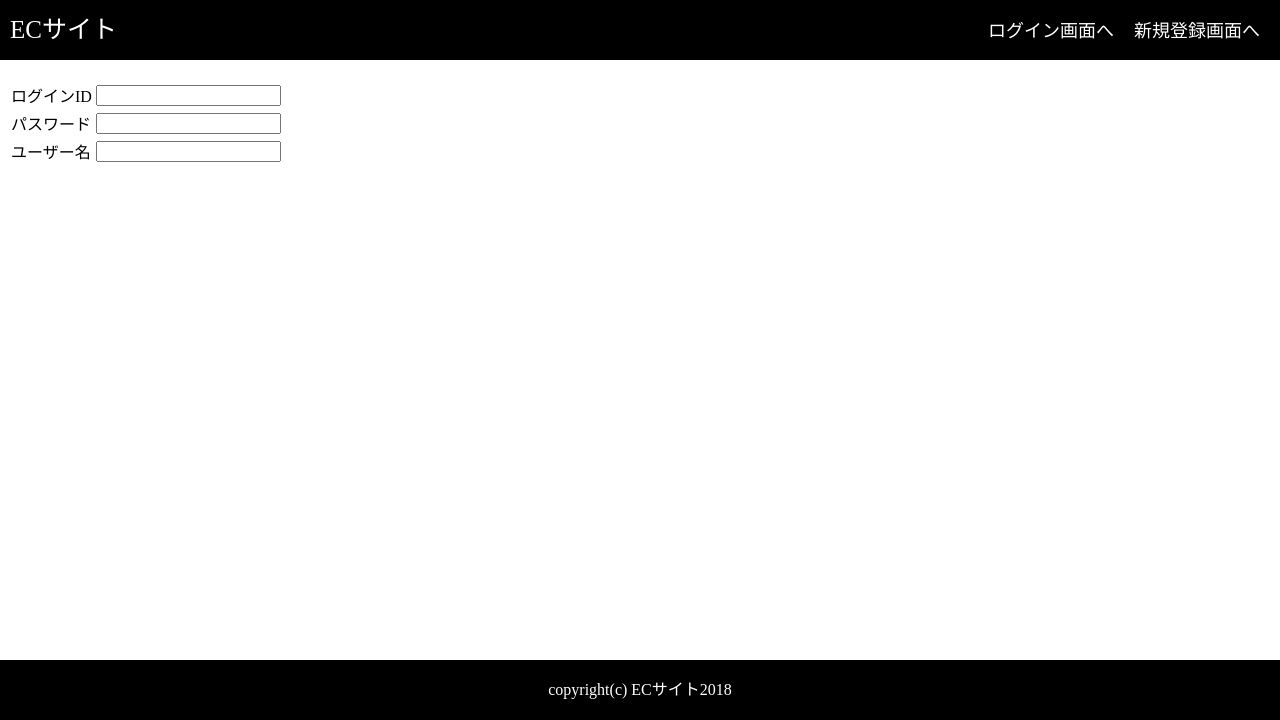
Repository: nyanya02/ECsite
Page: http://localhost/ECsite/signupConfirm.jsp
An editor plug-in stored every save of this project. The page is shown before and after the next save, followed by the edit.
The browser window is 1280 px wide. The pictures show the whole page.
The page is served by Tomcat 9.

Above is the page before, as saved 2018-04-26 05:30:17.

After the next save:
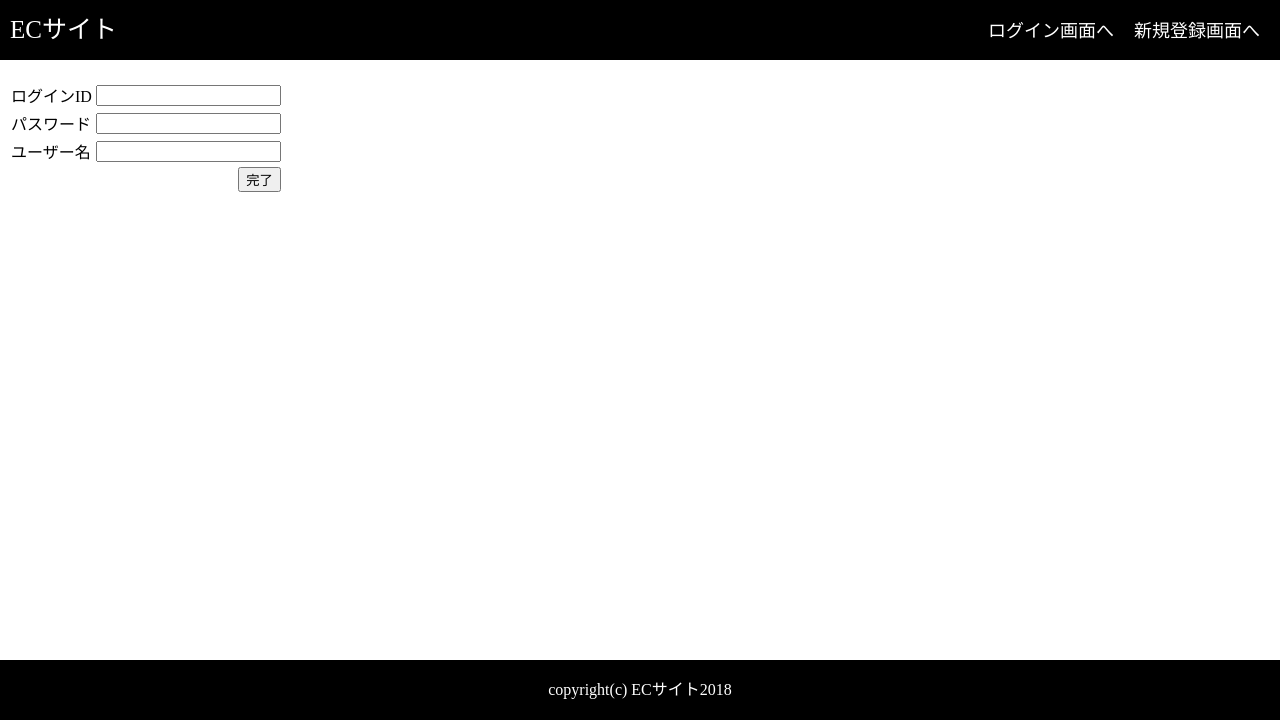
Saved 34 s later.
--- a/ECsite/WebContent/signupConfirm.jsp
+++ b/ECsite/WebContent/signupConfirm.jsp
@@ -115,6 +115,7 @@
 						<td><input type="text" name="userName" value=""></td>
 					</tr>
 
+            		<s:submit value="完了"/>
 
             	</s:form>
 
